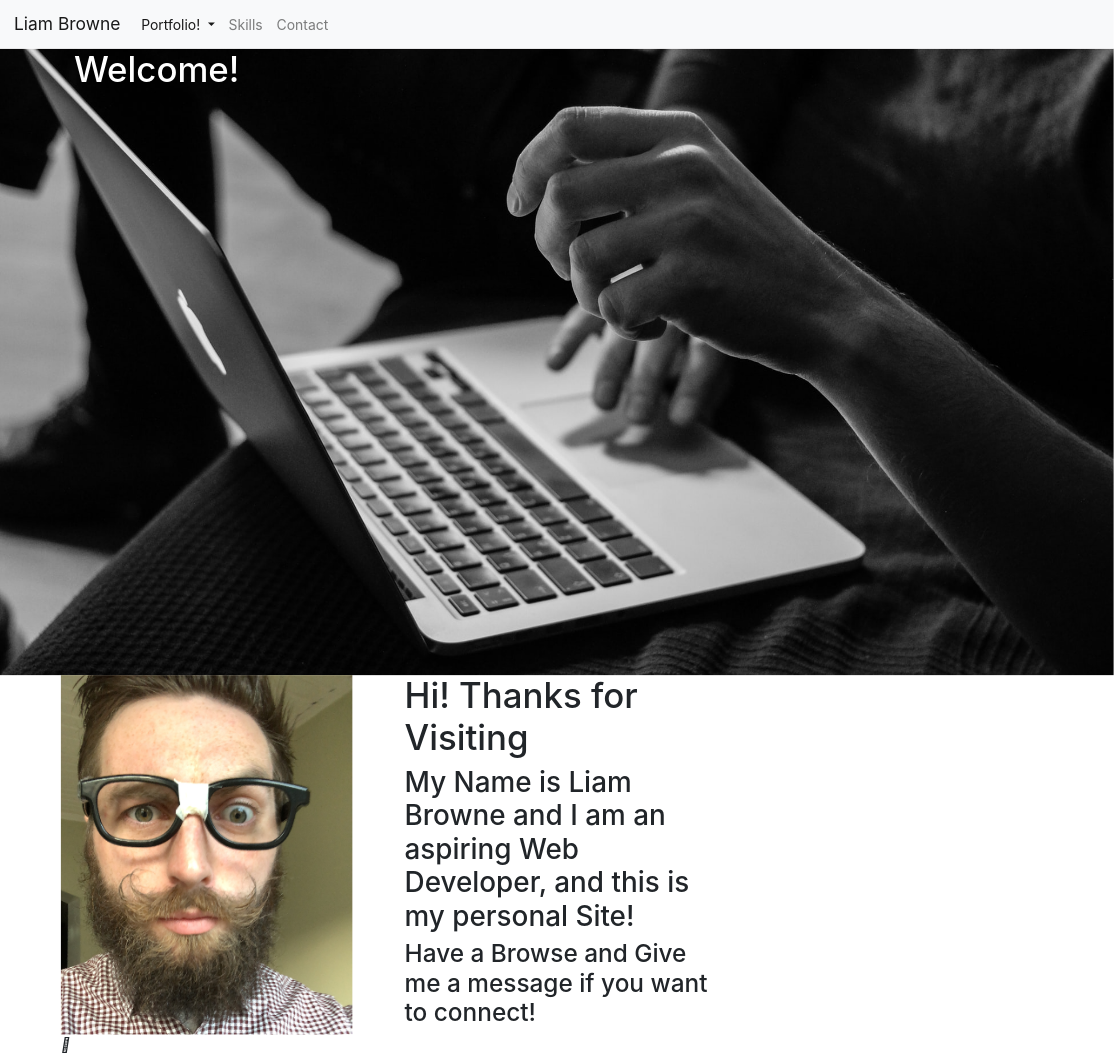
Repository: LiamB123/LiamBrowne.com.github.io
Page: index.html
The author's editor kept a record of every edit. The page is drawn from the files as they stood at one moment, then again after the next edit.
The browser window is 1280 px wide. The pictures show the whole page, at 87% of full size.
Backgrounds fixed to the window are drawn as part of the page.

Above is the page before.

After the next edit:
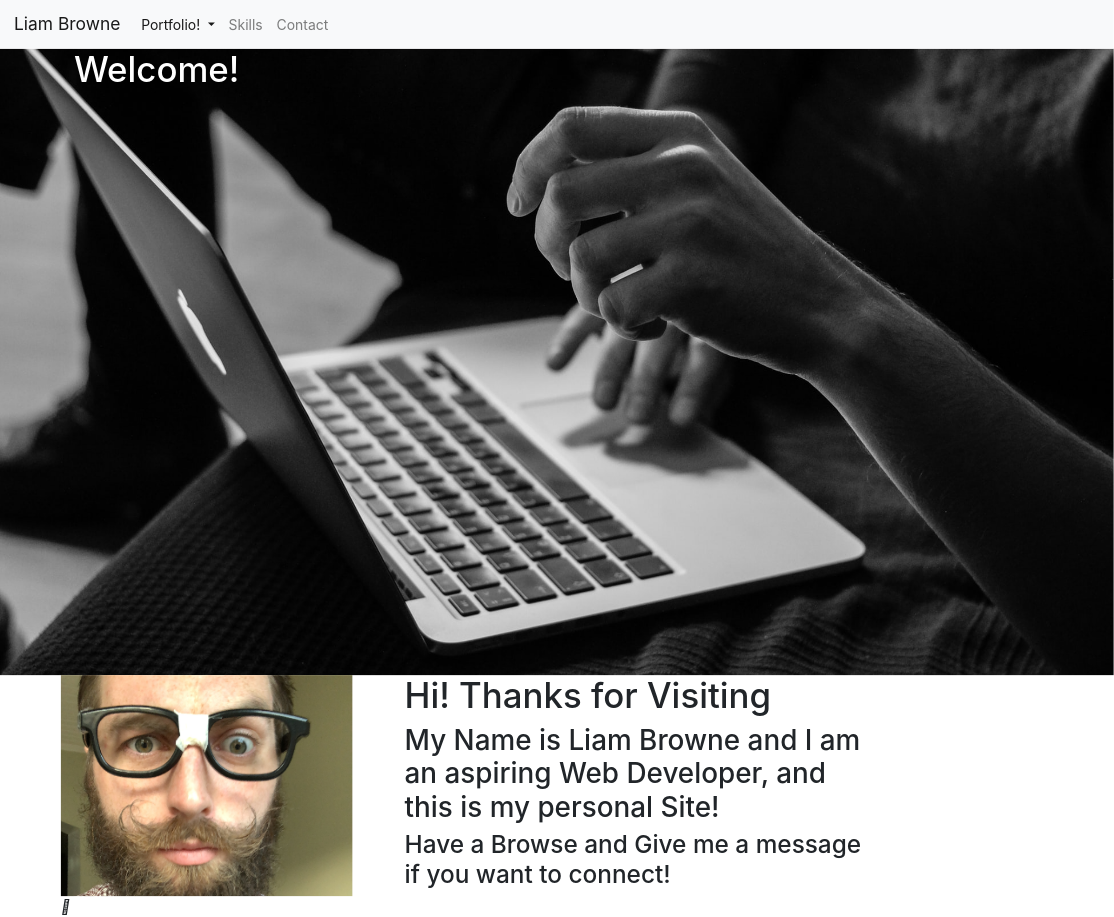
The edit:
--- a/index.html
+++ b/index.html
@@ -79,7 +79,7 @@
 
 
       </div>
-      <div class="col-sm-8 col-md-8 col-lg-8 col-xl-4">
+      <div class="col-sm-6 col-md-6 col-lg-6 col-xl-6">
         <h1>Hi! Thanks for Visiting</h1>
         <h2>My Name is Liam Browne and I am an aspiring Web Developer, and this is my personal Site!</h2>
         <h3>Have a Browse and Give me a message if you want to connect!</h3>
